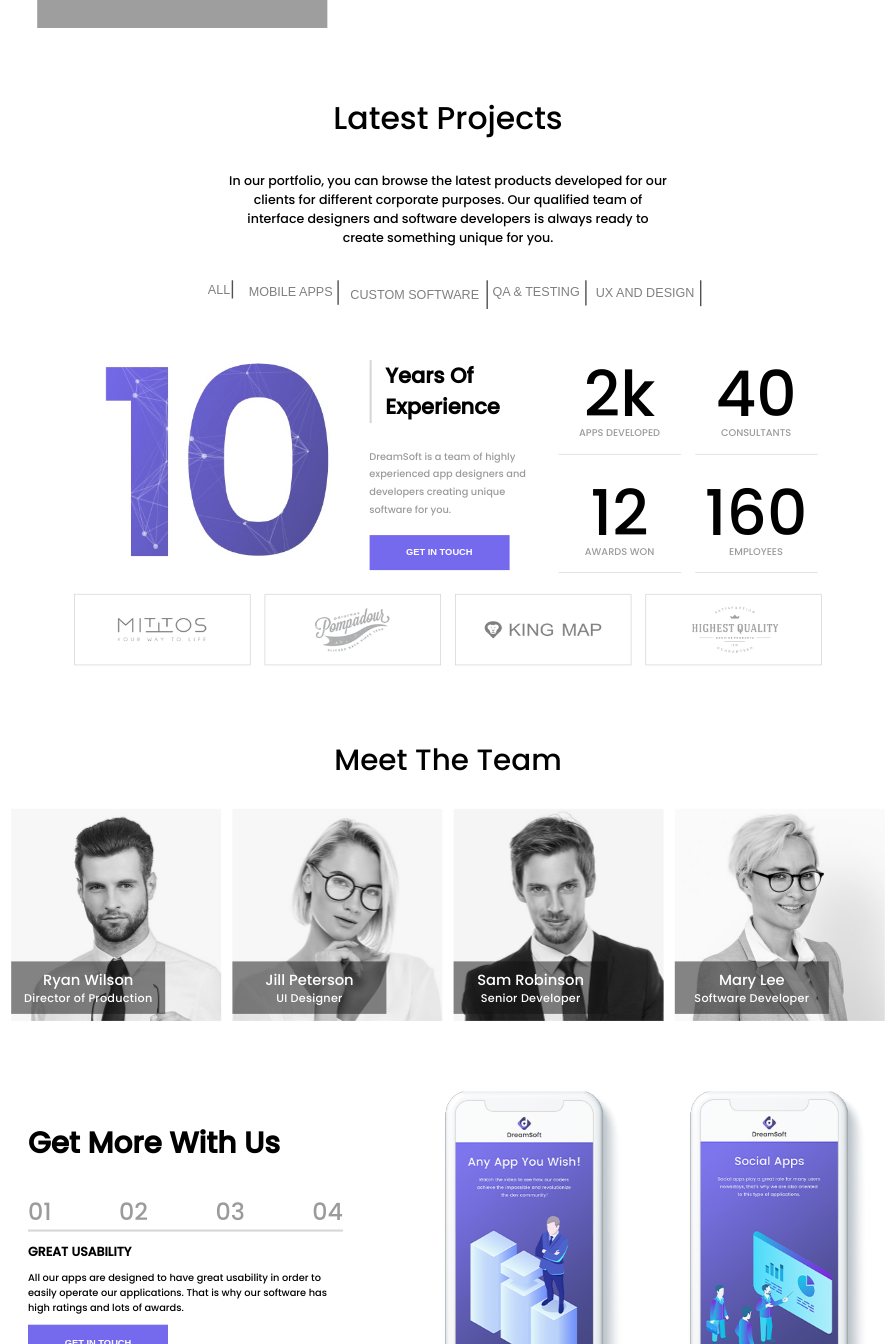
Repository: kkyler24/ladders-bootcamp-awesome
Page: index.html
An editor plug-in stored every save of this project. The page is shown before and after the next save, followed by the edit.
The browser window is 1280 px wide. The pictures show the part of the page from y = 1299 to 3219 px (the page is 6182 px tall before and 6186 px after), at 70% of full size.
Pictures or frames that could not be fetched are drawn as grey boxes.

Above is the page before, as saved 2021-03-20 10:44:03.

### index.html
<!DOCTYPE html>
<html lang="en">
  <head>
    <meta charset="UTF-8" />
    <meta name="viewport" content="width=device-width, initial-scale=1.0" />
    <link rel="stylesheet" href="style.css" />
    <link rel="stylesheet" href="kstyle.css" />
    <link rel="preconnect" href="https://fonts.gstatic.com">
    <link href="https://fonts.googleapis.com/css2?family=Poppins:wght@500&display=swap" rel="stylesheet">
    <title>Demo</title>
  </head>
  <body>
    <header></header>
    <nav class="container-nav">
      <a class="logopic">
        <img src="./img/jumbotron/logo-default-191x52.png" alt="MCLA LOGO"   height="63.99" width="220">
      </a>
      <div class="nav-link">
      <ul>
        <li class=" list-inline">
          <a href="./index.html">Home</a>
        </li>
        <li class="nav-item active list-inline">
          <a href="./index.html">About Us</a>
        </li>
        <li class="nav-item active list-inline">
          <a href="./index.html">Gallery</a>
        </li>
        <li class="nav-item active list-inline">
          <a href="./index.html">Pricing</a>
        </li>
        <li class="nav-item active list-inline">
          <a href="./index.html">Blog</a>
        </li>
      </ul>
    </div>
      <!-- <button></button> -->

    </nav>
    <!-- jumbotron 3 slides -->
    <div id="jumbotron" class="carousel">
      <!-- <ul class ="carousel-indicators">
          <li data-target="#carouselExampleCaptions" data-slide-to="0" class="active"></li>
          <li data-target="#carouselExampleCaptions" data-slide-to="1"></li>
          <li data-target="#carouselExampleCaptions" data-slide-to="2"></li>
          <li data-target="#carouselExampleCaptions" data-slide-to="3"></li>
      </ul> -->
      <div class="container-jumbo">
          <div class="carousel-item">
              <img id="jumboimgOne"src="./img/jumbotron/jess-bailey-q10VITrVYUM-unsplash.jpg"  alt="..." />
              <div class="jumboheadline">
                <h2 class="jumbotext">Mobile App Development</h2><br>
                  <div id="indext">
                    <p class="jumboPara"> Since our establishment, we have delivering high-quality and sutainable <br> software solutions for corporate purpose of worldwide business.</p>
                  </div>

              </div>
          </div>
          <!-- <div class="carousel-item">
              <img src="Assets/diversity2gether.jpg" class="d-block w-100" alt="..." />
              <div class="carousel-caption d-none d-md-block">
                  <h5>We Celebrate diversity</h5>
              </div>
          </div>
          <div class="carousel-item">
              <img src="Assets/womensrights.jpg" class="d-block w-100" alt="..." />
              <div class="carousel-caption d-none d-md-block">
                  <h5> We charise our choices</h5>
              </div>
          </div>
          <div class="carousel-item">
              <img src="Assets/climate.jpg" class="d-block w-100" alt="..." />
              <div class="carousel-caption d-none d-md-block">
                  <h5> We protect whats ours</h5>
              </div> -->
          </div>
      </div>
  </div>
  <!-- <a class="carousel-control-prev" href="#carouselExampleCaptions" role="button" data-slide="prev">
      <span class="carousel-control-prev-icon" aria-hidden="true"></span>
      <span class="sr-only">Previous</span>
  </a>
  <a class="carousel-control-next" href="#carouselExampleCaptions" role="button" data-slide="next">
      <span class="carousel-control-next-icon" aria-hidden="true"></span>
      <span class="sr-only">Next</span>
  </a> -->
</div>

    </section>

    <section class="all-service-section">
      <!-- see all services -->
          <div class="all-services-img">
            <img src="https://ld-wt73.template-help.com/wt_prod-18959/images/index-1-415x592.jpg" alt="" width="415" height="592">
          </div>

          <div class="all-services-container">

              <div class="corporate-solutions-block">
                <h3 class="all-services-h3">See All Services</h3>
                <button class="all-services-button">All Services</button>
              </div>
              <div class="corporate-solutions-block">
                <img src="./img/icon-phone.PNG" alt="">
                <h4 class="services-title-h4">CORPORATE SOLUTIONS</h4>
                <p class="corporate-solutions-text">Need specific software for your company? We are ready to develop it!</p>
              </div>
              <div class="corporate-solutions-block">
                <img src="./img/icon-headset.PNG" alt="">
                <h4 class="services-title-h4">CALL CENTER SOLUTIONS</h4>
                <p class="corporate-solutions-text">Our experts provide custom products of any complexity for call centers.</p>
              </div>
              <div class="corporate-solutions-block">
                <img src="./img/icon-cloud-box.PNG" alt="">
                <h4 class="services-title-h4">CLOUD DEVELOPMENT</h4>
                <p class="corporate-solutions-text">We can also offer you reliable cloud development solutions.</p>
              </div>

          </div>
    </section>

    <section id="sectThree" class="container-fluid">
      <!-- latest Projects -->
      <div class="latestPro">
        <h1 id="latestPro"> Latest Projects</h1>
        <p id="latestPara">In our portfolio, you can browse the latest products developed for our clients for different corporate purposes. Our qualified team of interface designers and software developers is always ready to create something unique for you.</p>
        <div id="latestRow">
         <div class="latestButtons"><button>All</button></div>
         <div class="latestButtons"><button>Mobile Apps</button></div>
         <div class="latestButtons"><button>custom Software</button></div>
         <div class="latestButtons"><button>QA & Testing</button></div>
         <div class="latestButtons"><button>UX and Design</button></div>
        </div>

      </div>
    </section>

    <section class="achievements-section">
      <!-- achievements -->
      <figure>
      <img src="./img/10.jpg" alt="Animated number ten" height="300" />
      </figure>
      <div class="years-of-experience-container">
        <h1>Years Of Experience</h1>
        <p>
          DreamSoft is a team of highly experienced app designers and developers
          creating unique software for you.
        </p>
        <button class="get-in-touch-button">Get in touch</button>
      </div>
      <div class="achievements-numbers-container">
        <div class="achievements-numbers-block">
          <h2>2k</h2>
          <p>APPS DEVELOPED</p>
        </div>
        <div class="achievements-numbers-block">
          <h2>40</h2>
          <p>CONSULTANTS</p>
        </div>
        <div class="achievements-numbers-block">
          <h2>12</h2>
          <p>AWARDS WON</p>
        </div>
        <div class="achievements-numbers-block">
          <h2>160</h2>
          <p>EMPLOYEES</p>
        </div>
      </div>
      <div class="logo-links-container">
        <figure>
          <img src="./img/clients-9-270x117.png" alt="Mittos Logo" >
        </figure>
        <figure>
          <img src="./img/clients-10-270x117.png" alt="Pompadour Logo" >
        </figure>
        <figure>
          <img src="./img/clients-3-270x117.png" alt="King Map Logo" >
        </figure>
        <figure>
          <img src="./img/clients-11-270x117.png" alt="Highest Quality Logo" >
        </figure>
      </div>
    </section>

    <section class="meet-the-team-section">
      <!-- meet the team -->
      <h2 class="meet-the-team-h2">Meet The Team</h2>

      <div class="meet-the-team-main-container">

          <div class="meet-team-block">
            <img src="./img/ryan-wilson.jpg" alt="">

            <div class="meet-team-text-block">
              <h4 class="meet-the-team-h4">Ryan Wilson</h4>
              <p class="meet-the-team-p">Director of Production</p>
            </div>
          </div>
          <div class="meet-team-block">
            <img src="./img/jill-peterson.jpg" alt="">

            <div class='meet-team-text-block'>
              <h4 class="meet-the-team-h4">Jill Peterson</h4>
              <p class="meet-the-team-p">UI Designer</p>
            </div>
          </div>
          <div class="meet-team-block">
            <img src="./img/sam-robinson.jpg" alt="">

            <div class='meet-team-text-block'>
              <h4 class="meet-the-team-h4">Sam Robinson</h4>
              <p class="meet-the-team-p">Senior Developer</p>
            </div>
          </div>
          <div class="meet-team-block">
            <img src="./img/mary-lee.jpg" alt="">

            <div class='meet-team-text-block'>
              <h4 class="meet-the-team-h4">Mary Lee</h4>
              <p class="meet-the-team-p">Software Developer</p>
            </div>
          </div>

      </div>
    </section>

    <section class="get-more-with-us-section">
      <!-- Get more with us -->
      <section class="get-more-with-us">
        <h1>Get More With Us</h1>
        <div class="numbers">
          <p>01</p>
          <p>02</p>
          <p>03</p>
          <p>04</p>
        </div>
        <h2>GREAT USABILITY</h2>
        <p class="get-more-about-project">
          All our apps are designed to have great usability in
          order to easily operate our applications.
          That is why our software has high ratings and lots of awards.
        </p>
        <button class="get-in-touch-button">Get in touch</button>
        <button class="download-presentation-button">Download presentation</button>
      </section>
      <img src="img/index-4-261x484.png" alt="Screen with Any App You Wish">
      <img src="img/index-5-261x484.png" alt="Screen with Socia Apps">
    </section>

    <section class="what-people-say-section">
      <!-- What People Say -->
      <h2 class="what-people-say-h2">What People Say</h2>

      <div class="what-people-say-main-container">

        <div class="client-container">
          <img src="./img/catherine-wilson.jpg" alt="">
          <div class="client-title">
            <h4 class="client-name-h4">Catherine Williams</h4>
            <p>Regular client</p>
          </div>
          <div class="client-body">
            <p class="client-body-p">DreamSoft offers a high caliber of resources skilled
            in Microsoft Azure .NET, mobile and Quality Assurance. They
            became our true business partners over the past three years.</p>
          </div>
        </div>
        <div class="client-container">
          <img src="./img/rupert-woods.jpg" alt="">
          <div class="client-title">
            <h4 class="client-name-h4">Rupert Wood</h4>
            <p>Regular client</p>
          </div>
          <div class="client-body">
            <p class="client-body-p">DreamSoft powered us with a competent team to develop
            products for banking services. The team has been delivering
            results within budget and time, which is amazing.</p>
          </div>
        </div>
        <div class="client-container">
          <img src="./img/samantha-brown.jpg" alt="">
          <div class="client-title">
            <h4 class="client-name-h4">Samantha Brown</h4>
            <p>Regular client</p>
          </div>
          <div class="client-body">
            <p class="client-body-p">DreamSoft is a highly skilled and uniquely capable
            firm with multitudes of talent on-board. We have
            results within budget and time, which is amazing.
            collaborated on a number of diverse projects that
            have been a great success.</p>
          </div>
        </div>

      </div>

    </section>

    <section class="latest-blog-posts-section">
      <h2 class="what-people-say-h2">Latest Blog Posts</h2>
      <div class="posts-container">
        <div class="post-block">
          <figure>
          <img class="post-cover" src="img/post-10-370x307.jpg">
          <img class="post-date-label" src="img/label.svg">
          <p class="post-label-date">07/04</p>
          </figure>
          <h4 class="block-post-h4">Benefits Of Async/Await</h4>
            <p class="blog-post-p">
            Asynchronous functions are a good and bad thing in JavaScript.
            The good side is that asynchronous functions are non-blocking and…
            </p>
        </div>
        <div class="post-block">
          <figure>
          <img class="post-cover" src="img/post-11-370x307.jpg">
          <img class="post-date-label" src="img/label.svg">
          <p class="post-label-date">07/17</p>
          </figure>
          <h4 class="block-post-h4">Key Considerations Of IPaaS</h4>
            <p class="blog-post-p">
              Digital transformation requires cloud appropriate adoption,
              legacy IT systems modernization, and Agile-based methodologies for faster…
            </p>
        </div>
        <div class="post-block">
          <figure>
          <img class="post-cover" src="img/post-12-370x307.jpg">
          <img class="post-date-label" src="img/label.svg">
          <p class="post-label-date">07/22</p>
          </figure>
          <h4 class="block-post-h4">Hibernate Query Language</h4>
            <p class="blog-post-p">
              In this tutorial, we will discuss the
              Hibernate Query Language. HQL is an object-oriented query language.
              Hibernate Query...
            </p>
        </div>
      </div>
    </section>

    <footer>
      <!-- contacts and info -->
      <section class="footer-contacts">
        <img src="img/logo-inverse-191x52.png" alt="DreamSoft Logo">
        <p class="about-company">
          Our company has been developing high-quality and reliable software
          for corporate needs since 2008. We are renowned professionals of
          software development.</p>
        <div class="address-block-container">
          <div class="one-contact-block">
            <h2>ADDRESS</h2>
            <p>4730 Crystal Springs Dr, Los Angeles, CA 90027</p>
          </div>
          <div class="one-contact-block">
            <h2>PHONES</h2>
            <p>
              <span class="changing-color">+1 323-913-4688</span>
              <span>,</span>
              <span class="changing-color">+1 323-888-4554</span>
            </p>
          </div>
          <div class="one-contact-block">
            <h2>E-MAILS</h2>
            <p>
              <span>info@demolink.org</span>
              <span>,</span>
              <span>mail@demolink.org</span>
            </p>
          </div>
          <div class="social-media-links-container">
            <img src="img/iconfinder_Circled_Facebook.svg" alt="Facebook Icon">
            <img src="img/iconfinder_Circled_Instagram.svg" alt="Facebook Icon">
            <img src="img/iconfinder_Circled_Linkedin.svg" alt="Facebook Icon">
            <img src="img/iconfinder_Circled_Twitter.svg" alt="Facebook Icon">
          </div>
        </div>
      </section>
      <form class="contact-form">
        <h1>Questions? Contact Us</h1>
        <input class="input-field-1" type="text" id="name" name="name" placeholder="Name"><br>
        <input class="input-field-1" type="text" id="email" name="email" placeholder="Email"><br>
        <input class="input-field-2" type="text" id="message" name="message" placeholder="Message"><br>
        <button class="send-message-button">Send message</button>
      </form>
      <section class="what-we-offer">
        <h1>What We Offer</h1>
        <div class="what-we-offer-container">
            <figure class="what-we-offer-item">
              <p>DB Management</p>
              <figure class="triangle"></figure>
            </figure>
            <figure class="what-we-offer-item">
              <p>IOS/MacOS</p>
              <figure class="triangle"></figure>
            </figure>
            <figure class="what-we-offer-item">
              <p>Android Apps</p>
              <figure class="triangle"></figure>
            </figure>
            <figure class="what-we-offer-item">
              <p>Windows Apps</p>
              <figure class="triangle"></figure>
            </figure>
            <figure class="what-we-offer-item">
              <p>UX/UI Apps</p>
              <figure class="triangle"></figure>
          </figure>
        </div>
        </section>
      </footer>
  </body>
</html>

### kstyle.css
html, body{
  overflow-x: hidden;


}

/* Navbar git  */
.container-nav {
  display: flex;
}

.list-inline {
  display: inline;
  list-style-type: none;
  padding-right: 10px;
  font-family: Georgia, "Times New Roman", Times, serif;
}

a.logopic {
  flex-flow: row;
  flex-grow: 3;
}

ul.li.a {
  font-family: "Poppins", sans-serif;
  font-weight: 500;
  color: black;
}

/* Jumbotron */
.jumboPara {
  text-align: center;
}

.jumbotron .container-jumbo {
  max-width: 100%;
  background-color: #222;
}

#jumbotron {
  padding: 30px 0px 30px 0px;
  max-width: 100%;
  text-align: center;
  background-color: transparent;
  overflow: hidden;
  font-family: "Raleway", Helvetica, Arial, sans-serif;
}

.container-jumbo {
  display: flex;
  width: 100%;
  margin: 0 auto;
  height: 561px;
}

.jumbotext {
  color: rgb(2, 2, 2);
  font-weight: 600;
  text-transform: uppercase;
  font-size: 60px;
}

.jumboheadline {
  display: flex;
  flex-direction: column;
  height: 506px;
  justify-content: flex-end;
}

#jumboimgOne {
  z-index: 0;
  position: absolute;
  display: flex;
  width: 100%;
  overflow-x: hidden;
}

.carousel-item {
  width: 100%;
}

.carousel-item,
.jumbotext,
#indext {
  position: relative;
  z-index: 2;
}

/* latest Section */

#sectThree{
  display: flex;
  font-family: "Poppins", sans-serif;
  text-align: center;
  width: 100%;
}

#latestPara{
 font-size: 18px;
 margin: auto 25% auto 25%;
 padding-top: 3%;
 max-width: ;
}

#latestPro{
  font-size: 45px;
  font-weight: lighter;
  margin-top: 3%;
  margin-bottom: .25%;
}

#latestRow{
display: flex;
justify-content: center;
margin-top: 3%;
margin-bottom: 3%;


}
#latestRow button{
  color: gray;
  font-weight: 200px;
  padding: 5%;
  margin: 10px;
 font-size: 18px;
 background-color: transparent;
 border-right-width: 2px;
 border-color: rgb(162, 164, 165);
 border-left: none;
 border-top: none;
 border-bottom: none;
 width: max-content;
 text-transform: uppercase;


}

Loaded but not shown: style.css (628 lines, source omitted)

After the next save:
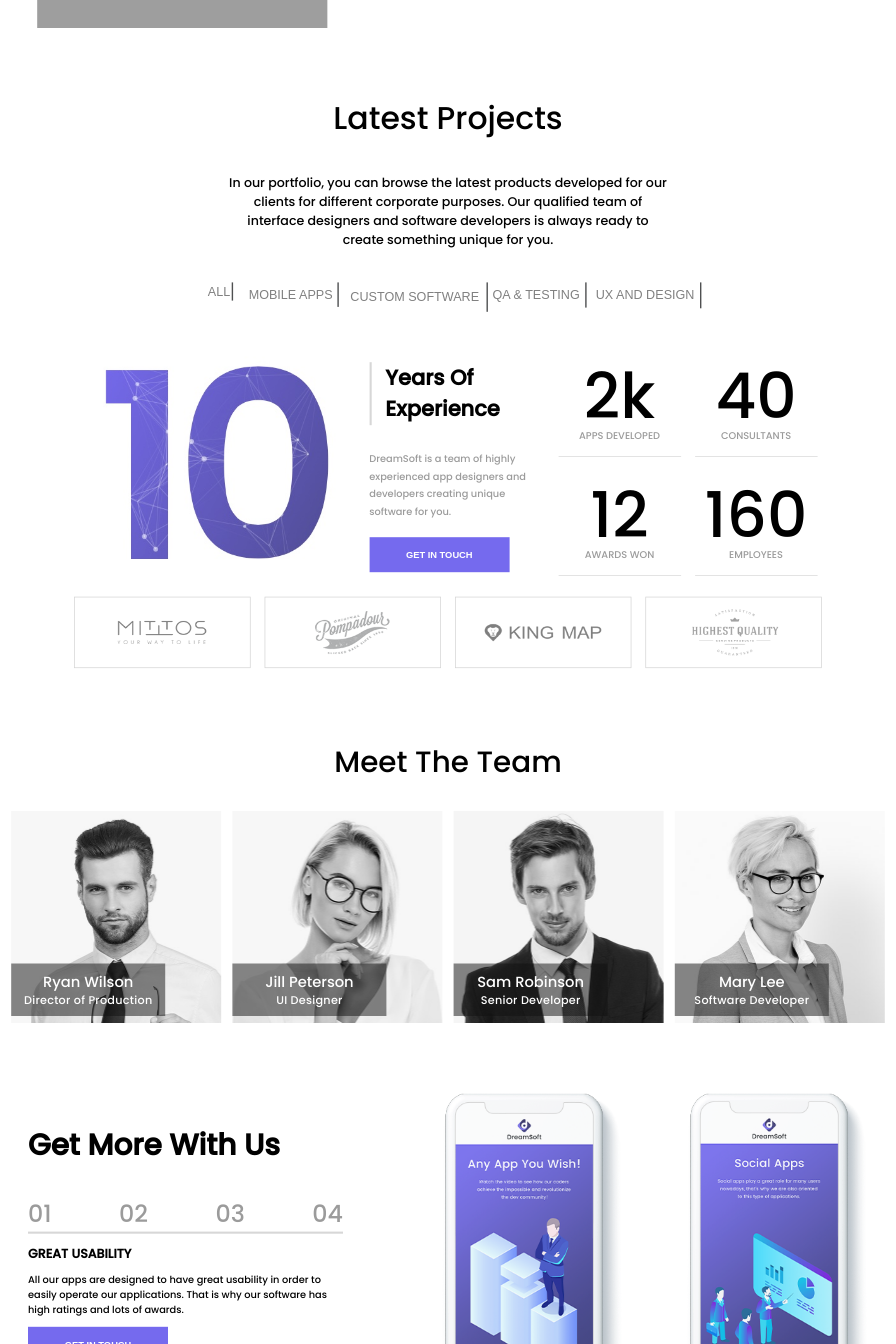
Saved 11 s later.
--- a/kstyle.css
+++ b/kstyle.css
@@ -106,7 +106,7 @@ ul.li.a {
   font-size: 45px;
   font-weight: lighter;
   margin-top: 3%;
-  margin-bottom: .25%;
+  margin-bottom: .50%;
 }
 
 #latestRow{
